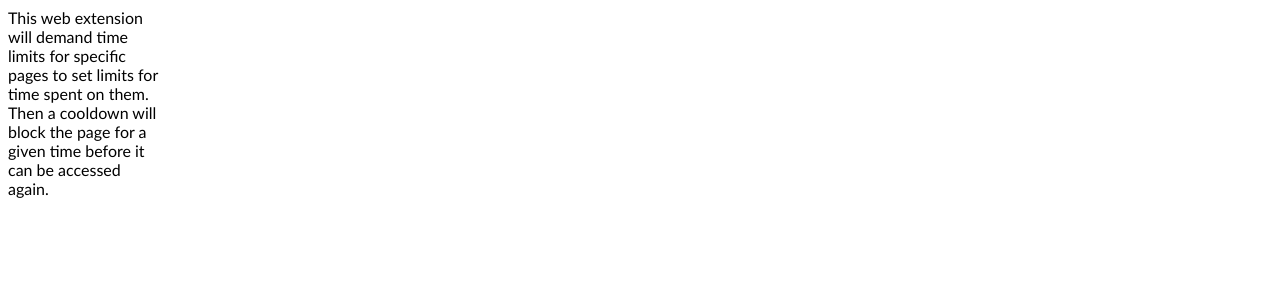
Repository: AndrlmMass/Time-management-chrome-extension
Page: popup.html
These files come from the project's save history. The page is drawn as it stood at one moment and after the next save; the edit follows.
The browser window is 1280 px wide. The pictures show the whole page.

Above is the page before, as saved 2023-08-22 15:11:00.

After the next save:
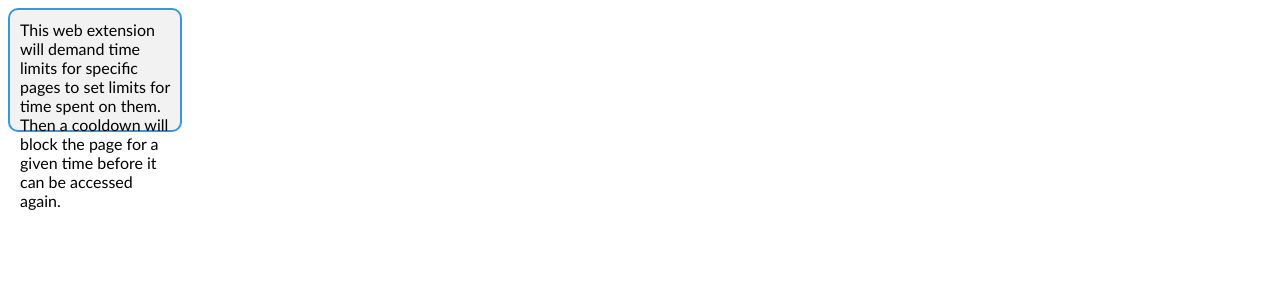
Saved 3 min 51 s later.
--- a/styles.css
+++ b/styles.css
@@ -7,3 +7,12 @@
 body {
   font-family: 'Calibri', sans-serif;
 }
+
+#popup-container {
+    padding: 10px; /* Add padding to create space between text and border */
+    margin: 0; /* Reset margin */
+    width: 300px; /* Set a fixed width for the popup container */
+    background-color: #f2f2f2; /* Background color */
+    border: 2px solid #3498db; /* Border color and thickness */
+    border-radius: 10px; /* Rounded corners */
+  }
